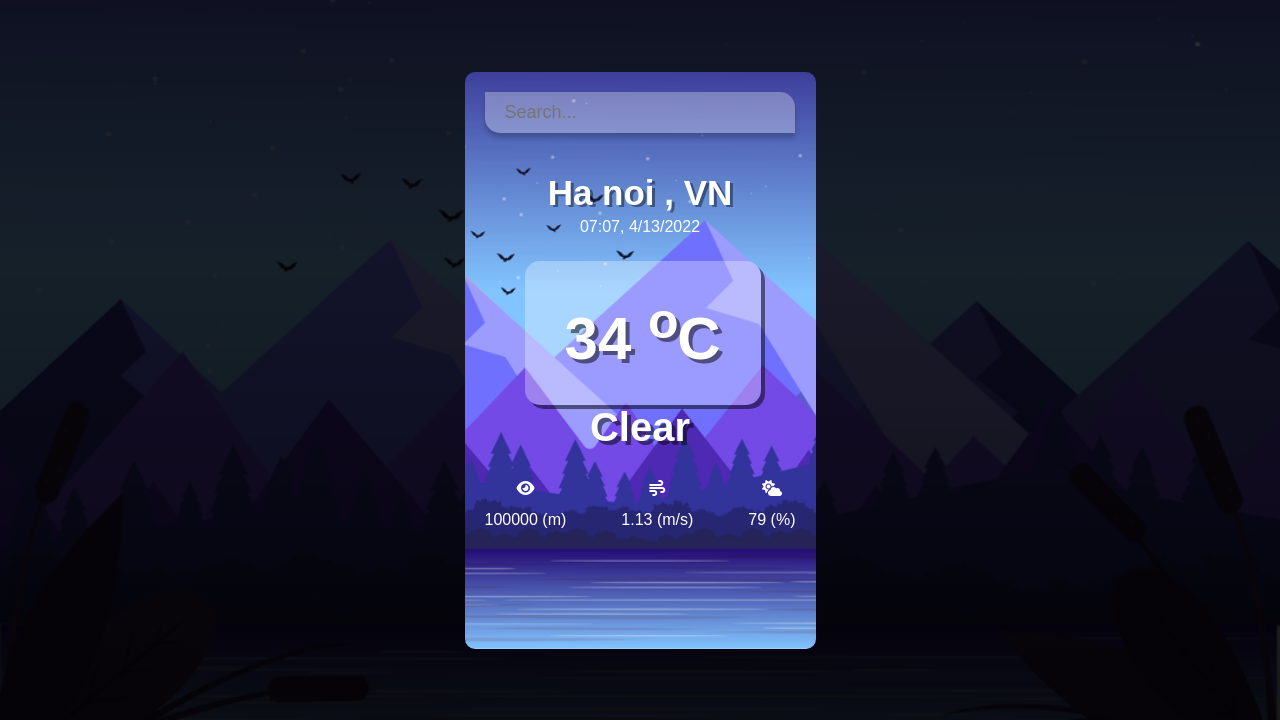
Repository: nganha241/weather-app
Page: index.html
The author's editor kept a copy of each file at every save. The page is drawn from the files as they stood at one save, then again after the next save.
The browser window is 1280 px wide. The pictures show the whole page.
The page's requests for data from a server got no answer. Some web libraries are served in a nearby version.

Above is the page before, as saved 2022-04-13 10:47:27.

After the next save:
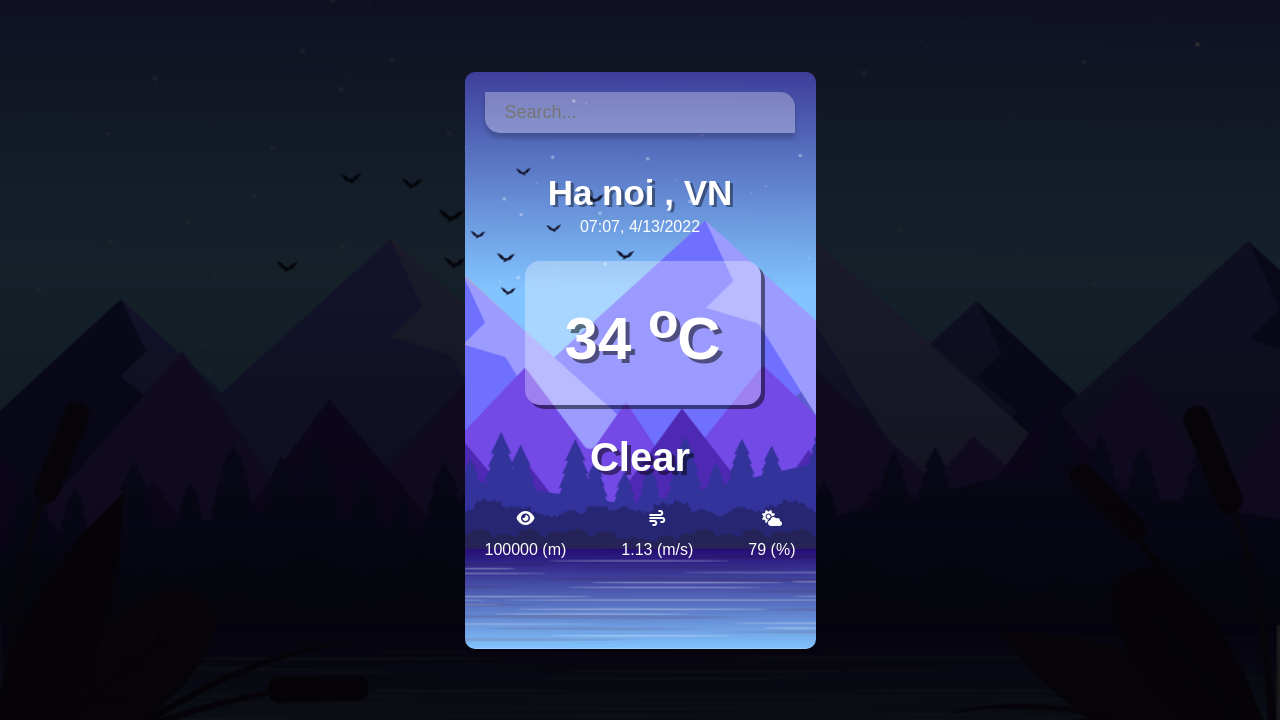
Saved 5 s later.
--- a/style.css
+++ b/style.css
@@ -81,7 +81,7 @@ body {
 }
 
 .status {
-    /* margin-top: 200px; */
+    margin-top: 30px;
     font-size: 40px;
     font-weight: 700;
     text-shadow: 4px 4px rgba(0, 0, 0, 0.5) ;
